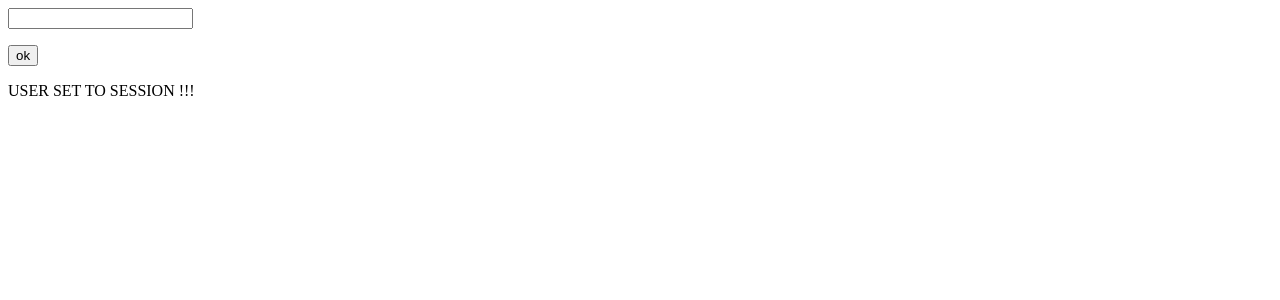
Repository: rameshraj97/Core-java
Page: http://localhost/firstWebsite/UserServlet
The author's editor kept a copy of each file at every save. The page is drawn from the files as they stood at one save, then again after the next save.
The browser window is 1280 px wide. The pictures show the whole page.
The page is served by Tomcat 9.

Above is the page before, as saved 2022-05-27 06:05:42.

After the next save:
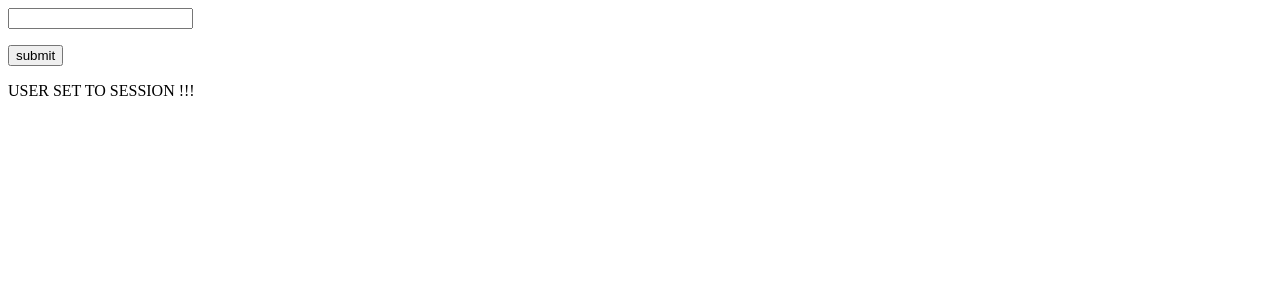
Saved 13 min 0 s later.
--- a/firstWebsite/src/main/java/com/chainsys/webapp/second/UserServlet.java
+++ b/firstWebsite/src/main/java/com/chainsys/webapp/second/UserServlet.java
@@ -37,7 +37,7 @@ public class UserServlet extends HttpServlet {
 		session.setAttribute("user", userData);
 		response.setContentType("text/html");
 		PrintWriter out =response.getWriter();
-		out.print("<form method='post'><input type='text' name='txt1'><p><input type='submit' name='btn1' value='ok'></form>");
+		out.print("<form method='post'><input type='text' name='txt1'><p><input type='submit' name='btn1' value='submit'></form>");
 		out.print("<p>USER SET TO SESSION !!!");
 	}
 
